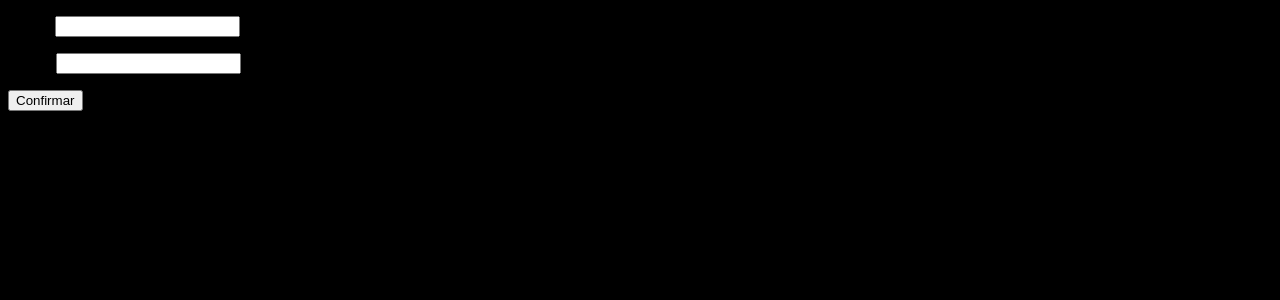
Repository: SullyvanMoura/Arquitetura-de-Software-2022.2
Page: primeiros_testes_web/primeiroprojeto/src/main/webapp/login.html
The author's editor kept a copy of each file at every save. The page is drawn from the files as they stood at one save, then again after the next save.
The browser window is 1280 px wide. The pictures show the whole page.

Above is the page before, as saved 2022-11-18 15:46:34.

### primeiros_testes_web/primeiroprojeto/src/main/webapp/login.html
<!DOCTYPE html>
<html>
<head>
<meta charset="ISO-8859-1">
<title>Login</title>
</head>
<body style='background-color: black;'>

<form action="./welcome.html" method= 'get'>

	<p> Login: <input type="text" name="login"> </p>
	<p> Senha: <input type='password' name='senha'> </p>

	<input type='submit' value='Confirmar'>

</form>

</body>
</html>

After the next save:
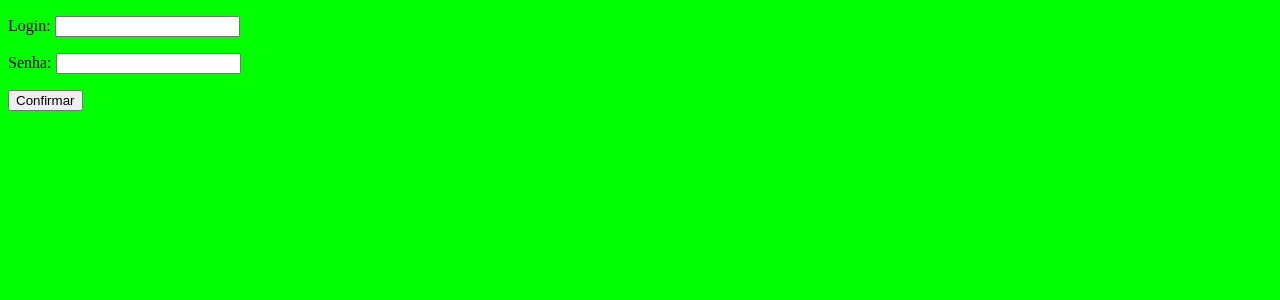
Saved 12 s later.
--- a/primeiros_testes_web/primeiroprojeto/src/main/webapp/login.html
+++ b/primeiros_testes_web/primeiroprojeto/src/main/webapp/login.html
@@ -4,7 +4,7 @@
 <meta charset="ISO-8859-1">
 <title>Login</title>
 </head>
-<body style='background-color: black;'>
+<body style='background-color: lime;'>
 
 <form action="./welcome.html" method= 'get'>
 
